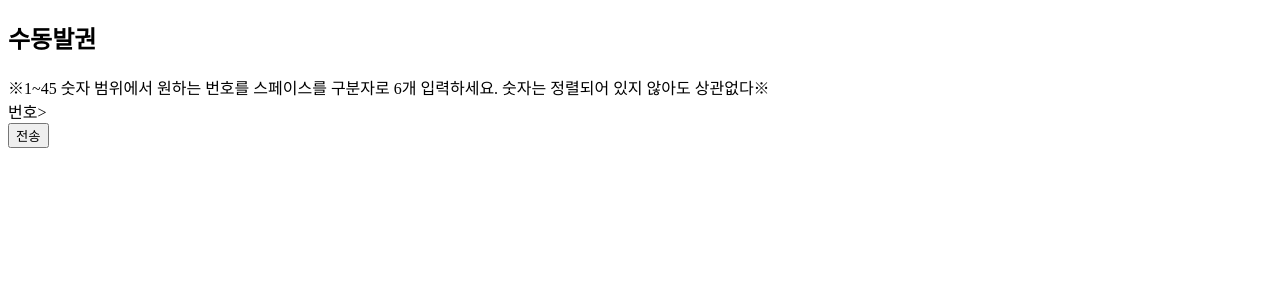
Repository: rnandory/eclipse
Page: http://localhost/WebApp/WEB-INF/view/lotto/gen-manual.jsp
The author's editor kept a copy of each file at every save. The page is drawn from the files as they stood at one save, then again after the next save.
The browser window is 1280 px wide. The pictures show the whole page.
The page is served by Tomcat 10. Nobody is signed in. The template is opened directly, without the code that normally fills it, so the values that code supplies are empty.

Above is the page before, as saved 2024-07-08 03:16:47.

After the next save:
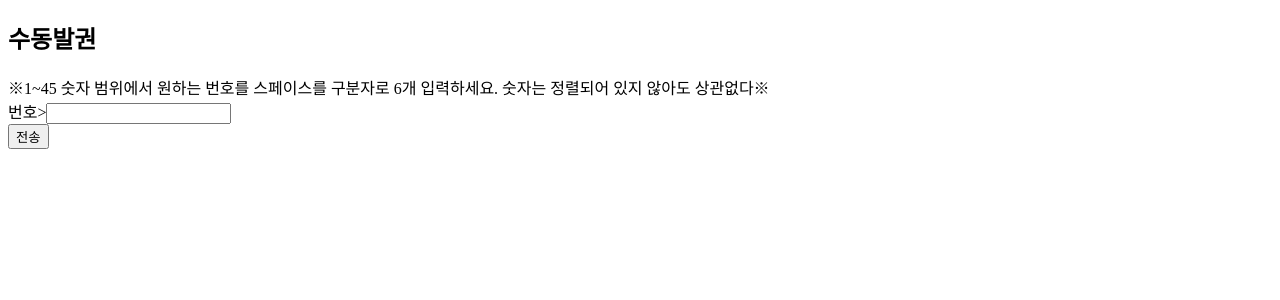
Saved 2 min 4 s later.
--- a/WebApp/src/main/webapp/WEB-INF/view/lotto/gen-manual.jsp
+++ b/WebApp/src/main/webapp/WEB-INF/view/lotto/gen-manual.jsp
@@ -15,7 +15,7 @@
 				상관없다※</div>
 
 			<div>
-				<label>번호&gt;</label>
+				<label>번호&gt;</label><input>
 			</div>
 
 			<div>
